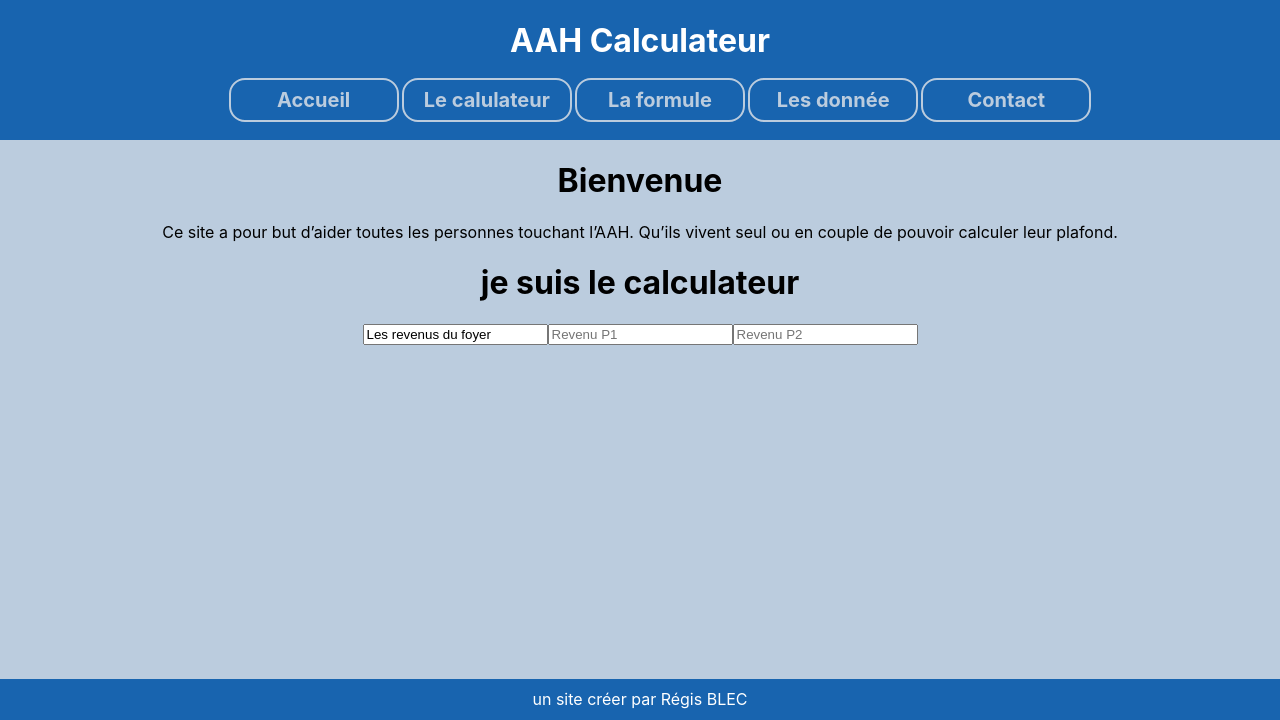
Repository: Cide74/calculateur-aah
Page: /
The author's editor kept a copy of each file at every save. The page is drawn from the files as they stood at one save, then again after a run of saves.
The browser window is 1280 px wide. The pictures show the whole page.
The project was rebuilt for these pictures with package versions that can differ from the ones it lists, and the page was loaded fresh each time. Also part of the build but not shown: src/components/Calculator/Calculator.scss.

Above is the page before, as saved 2021-04-05 17:20:45.

### public/index.html
<!DOCTYPE html>
<html lang="fr">
  <head>
    <meta charset="utf-8" />
    <link rel="icon" href="%PUBLIC_URL%/logoAAH.ico" />
    <meta name="viewport" content="width=device-width, initial-scale=1" />
    <meta name="theme-color" content="#000000" />
    <meta
      name="description"
      content="Web site created using create-react-app"
    />
    <link rel="apple-touch-icon" href="%PUBLIC_URL%/logoAAH.jpg" />
    <!--
      manifest.json provides metadata used when your web app is installed on a
      user's mobile device or desktop. See https://developers.google.com/web/fundamentals/web-app-manifest/
    -->
    <link rel="manifest" href="%PUBLIC_URL%/manifest.json" />
    <!--
      Notice the use of %PUBLIC_URL% in the tags above.
      It will be replaced with the URL of the `public` folder during the build.
      Only files inside the `public` folder can be referenced from the HTML.

      Unlike "/favicon.ico" or "favicon.ico", "%PUBLIC_URL%/favicon.ico" will
      work correctly both with client-side routing and a non-root public URL.
      Learn how to configure a non-root public URL by running `npm run build`.
    -->
    <title>React App</title>
  </head>
  <body>
    <noscript>You need to enable JavaScript to run this app.</noscript>
    <div id="root"></div>
    <!--
      This HTML file is a template.
      If you open it directly in the browser, you will see an empty page.

      You can add webfonts, meta tags, or analytics to this file.
      The build step will place the bundled scripts into the <body> tag.

      To begin the development, run `npm start` or `yarn start`.
      To create a production bundle, use `npm run build` or `yarn build`.
    -->
  </body>
</html>

### src/index.css
body {
  margin: 0;
  font-family: -apple-system, BlinkMacSystemFont, 'Segoe UI', 'Roboto', 'Oxygen',
    'Ubuntu', 'Cantarell', 'Fira Sans', 'Droid Sans', 'Helvetica Neue',
    sans-serif;
  -webkit-font-smoothing: antialiased;
  -moz-osx-font-smoothing: grayscale;







  background-color:#BBCCDE;
  background-color:#1864AF;
}

code {
  font-family: source-code-pro, Menlo, Monaco, Consolas, 'Courier New',
    monospace;
}

### src/App.js
import Header from './components/Header/Header';
import Menu from './components/Menu/Menu';
import Main from './components/Main/Main';
import Footer from './components/Footer/Footer';

import './App.scss';

function App() {
  return (
    <div className="App">
      <Header />
      <Menu />
      <Main />
      <Footer />
    </div>
  );
}

export default App;

### src/components/Header/Header.js
//import Menu from '../Menu/Menu';
import './Header.scss';

export default function Header() {
  return (
    <div className="header">
      <h1 className="header-title">AAH Calculateur</h1>

    </div>
  );
}

### src/components/Menu/Menu.js

import './Menu.scss';

export default function Menu() {
  return (
		<nav className="menu">
			<ul className="menu__list">
				<li className="menu__item menu__item--current">
          <a className="menu__link">Accueil</a></li>
				<li className="menu__item">
          <a className="menu__link">Le calulateur</a></li>
				<li className="menu__item">
          <a className="menu__link">La formule</a></li>
				<li className="menu__item">
          <a className="menu__link">Les donnée</a></li>
				<li className="menu__item">
          <a className="menu__link">Contact</a></li>
			</ul>
		</nav>
  );
}

### src/components/Main/Main.js
import Home from '../Home/Home';
import Calculator from '../Calculator/Calculator';

import './Main.scss';

export default function Main() {
  return (
    <div className="Main">
      < Home />
      < Calculator />

    </div>
  );
}

### src/components/Footer/Footer.js
import './Footer.scss';

export default function Footer() {
  return (
    <div className="Footer">
      <h1 className="Footer-title">un site créer par Régis BLEC</h1>
    </div>
  );
}

### src/App.scss
.App {

  text-align: center;
  background-color:#1864AF ;
  background-color:#BBCCDE;

  display: flex;
  flex-direction: column;
  min-height: 100vh;

  h1 {
   // color:white;
  }
}

### src/components/Header/Header.scss
.header {
    background-color:#1864AF;
    &-title {
        color: white;
        font-size: 2em;
        background-color:#1864AF;
        margin-bottom: 0rem ;
    }
}

### src/components/Menu/Menu.scss
.menu {
    color:#BBCCDE;
    background-color:#1864AF;
    &__list {
        display:inline-flex;
    }
    &__item {
        max-width: auto;
        margin:0.1rem;
        padding: 0.5rem;
        list-style:none;
        font-size: 1.25em;
        font-weight: bolder;
        border-radius: 1rem ;
        border:2px solid #BBCCDE;
        min-width: 150px;
    }
    &__item:hover {
            color :#1864AF;
            border-radius: 3rem ;
            background-color:#BBCCDE;
        }
}

### src/components/Home/Home.js


import './Home.scss';

export default function Home() {
  return (
    <div className='Home'>
      <h1>Bienvenue</h1>
      <p>Ce site a pour but d’aider toutes les personnes touchant l’AAH. Qu’ils vivent seul ou en couple de pouvoir calculer leur plafond. </p>

    </div>
  );
}

### src/components/Calculator/Calculator.js
import React from 'react';


import './Calculator.scss';

export default function Calculator() {






  return (
    <div ClassName='calculateur'>
      <h1>je suis le calculateur</h1>
        <form>

        </form>


      <form className='form'>
        <div className="field-revenu">
          <input
            type='text'
            className='field-input-revenu'
            onChange= ''
            value="Les revenus du foyer"
            name='revenu-text'
          />
          <input
            type='number'
            className='field-input-revenu'
            onChange= ''
            value=""
            //onChange={handleChange}
            placeholder='Revenu P1 '
            name='revenu1'
          />
          <input
            type='number'
            className='field-input-revenu'
            onChange= ''
            value=""
            //onChange={handleChange}
            placeholder='Revenu P2 '
            name='revenu1'
          />
        </div>
      </form>
    </div>
  );
}

### src/components/Main/Main.scss
.Main {
    background-color: #BBCCDE;
    flex: 1;


    p {
    overflow: auto;
    }

}

### src/components/Footer/Footer.scss
.Footer {

    text-align: center;
    background-color:#1864AF;

    position: relative;
    width: 100%;

    &-title {
        text-align: center;
        text-overflow: clip;
        color:white;
        font-weight: normal;
        font-size: 1em;
    }

}

Loaded but not shown: src/index.js (common file); src/reportWebVitals.js (common file); src/components/Home/Home.scss (no stored copy; drawn as an empty file)

After the next 3 saves:
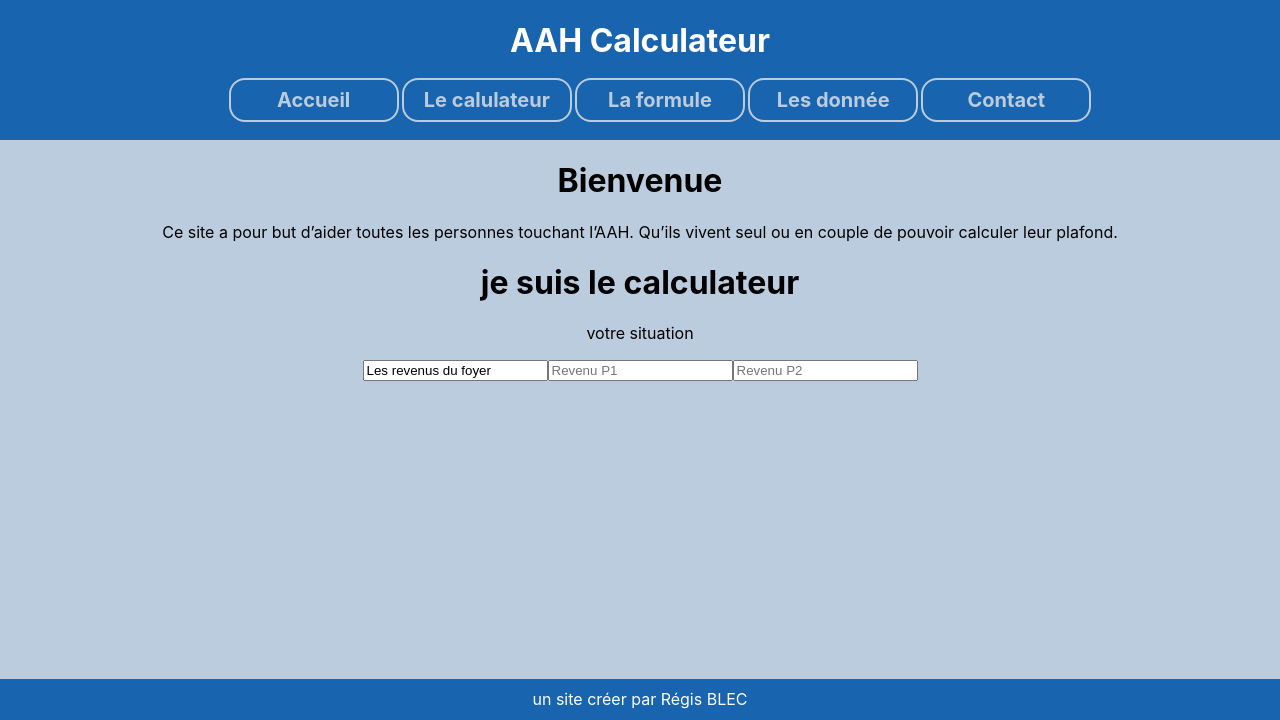
The 3 saves are shown as one change because they came seconds apart.
The last was saved 10 s later.
--- a/src/components/Calculator/Calculator.js
+++ b/src/components/Calculator/Calculator.js
@@ -14,7 +14,7 @@ export default function Calculator() {
     <div ClassName='calculateur'>
       <h1>je suis le calculateur</h1>
         <form>
-
+          <p>votre situation</p>
         </form>
 
 
